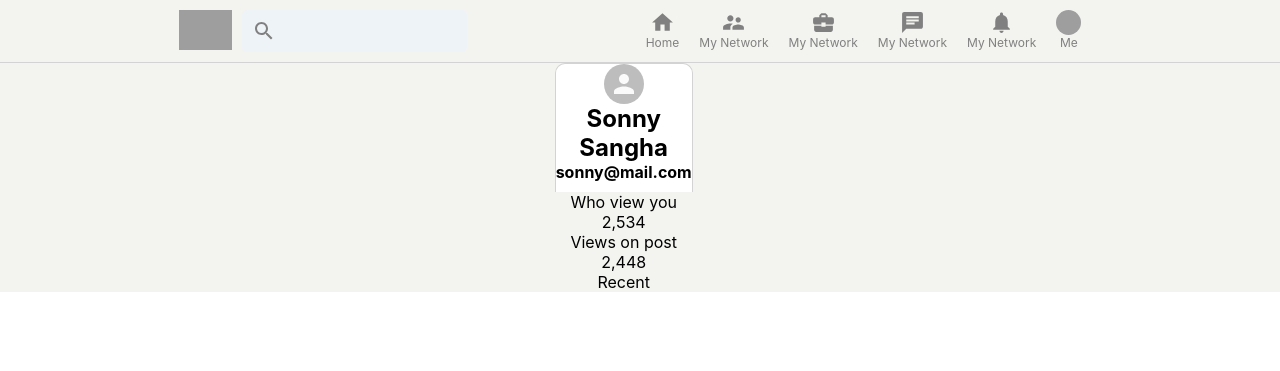
Repository: joaogamarra/linkedin-clone
Page: /
An editor plug-in stored every save of this project. The page is shown before and after the next save, followed by the edit.
The browser window is 1280 px wide. The pictures show the whole page.
Pictures or frames that could not be fetched are drawn as grey boxes. The project was rebuilt for these pictures with package versions that can differ from the ones it lists, and the page was loaded fresh each time.

Above is the page before, as saved 2021-02-18 19:44:47.

### src/index.js
import React from 'react'
import ReactDOM from 'react-dom'
import './index.css'
import App from './App'

ReactDOM.render(
	<React.StrictMode>
		<App />
	</React.StrictMode>,
	document.getElementById('root')
)

### src/index.css
* {
	margin: 0;
}

body {
	margin: 0;
	font-family: -apple-system, BlinkMacSystemFont, 'Segoe UI', 'Roboto', 'Oxygen', 'Ubuntu', 'Cantarell',
		'Fira Sans', 'Droid Sans', 'Helvetica Neue', sans-serif;
	-webkit-font-smoothing: antialiased;
	-moz-osx-font-smoothing: grayscale;
}

code {
	font-family: source-code-pro, Menlo, Monaco, Consolas, 'Courier New', monospace;
}

### src/App.js
import './App.css'
import Header from './components/header/Header'
import Sidebar from './components/sidebar/Sidebar'

function App() {
	return (
		<div className='App'>
			<Header />
			<div className='app__body'>
				<Sidebar />
			</div>
		</div>
	)
}

export default App

### src/App.css
.App {
	background-color: #f3f3ef;
	display: flex;
	flex-direction: column;
	align-items: center;
}

.app__body {
	display: flex;
}

### src/components/header/Header.js
import './Header.css'
import HeaderOption from './HeaderOption'
import SearchIcon from '@material-ui/icons/Search'
import HomeIcon from '@material-ui/icons/Home'
import SupervisorAccountIcon from '@material-ui/icons/SupervisorAccount'
import BusinessCenterIcon from '@material-ui/icons/BusinessCenter'
import ChatIcon from '@material-ui/icons/Chat'
import NotificationsIcon from '@material-ui/icons/Notifications'

const Header = () => {
	return (
		<div className='header'>
			<div className='header__left'>
				<img src='https://www.flaticon.com/svg/static/icons/svg/174/174857.svg' alt='' />

				<div className='header__search'>
					<SearchIcon />
					<input type='text' />
				</div>
			</div>
			<div className='header__right'>
				<HeaderOption Icon={HomeIcon} title='Home' />
				<HeaderOption Icon={SupervisorAccountIcon} title='My Network' />
				<HeaderOption Icon={BusinessCenterIcon} title='My Network' />
				<HeaderOption Icon={ChatIcon} title='My Network' />
				<HeaderOption Icon={NotificationsIcon} title='My Network' />
				<HeaderOption
					avatar='https://compassionate-leakey-e9b16b.netlify.app/images/IG_Sonny.jpeg'
					title='Me'
				/>
			</div>
		</div>
	)
}

export default Header

### src/components/sidebar/Sidebar.js
import './Sidebar.css'
import { Avatar } from '@material-ui/core'

const Sidebar = () => {
	return (
		<div className='sidebar'>
			<div className='sidebar__top'>
				<img src='' alt='' />
				<Avatar />
				<h2>Sonny Sangha</h2>
				<h4>sonny@mail.com</h4>
			</div>

			<div className='sidebar__stats'>
				<div className='sidebar__stat'>
					<p>Who view you</p>
					<p className='sidebar__statNumber'>2,534</p>
				</div>
				<div className='sidebar__stat'>
					<p>Views on post</p>
					<p className='sidebar__statNumber'>2,448</p>
				</div>
			</div>

			<div className='sidebar__bottom'>
				<p>Recent</p>
			</div>
		</div>
	)
}

export default Sidebar

### src/components/header/Header.css
.header {
	position: sticky;
	top: 0;
	display: flex;
	justify-content: space-evenly;
	padding: 10px 0;
	width: 100%;
	border-bottom: 0.1px solid lightgray;
	z-index: 30;
}

.header__left {
	display: flex;
}

.header__left > img {
	object-fit: contain;
	height: 40px;
	margin-right: 10px;
}

.header__search {
	padding: 10px;
	display: flex;
	align-items: center;
	border-radius: 5px;
	height: 22px;
	color: gray;
	background-color: #eef3f8;
}

.header__search > input {
	outline: none;
	border: none;
	background: none;
}

.header__right {
	display: flex;
}

### src/components/header/HeaderOption.js
import './HeaderOption.css'
import { Avatar } from '@material-ui/core'

const HeaderOption = ({ avatar, Icon, title }) => {
	return (
		<div className='headerOption'>
			{Icon && <Icon className='headerOption__icon' />}
			{avatar && <Avatar className='headerOption__icon' src={avatar} />}
			<h3 className='headerOption__title'>{title}</h3>
		</div>
	)
}

export default HeaderOption

### src/components/sidebar/Sidebar.css
.sidebar {
	position: sticky;
	flex: 0.2;
	top: 80px;
	height: fit-content;
	border-radius: 10px;
	text-align: center;
}

.sidebar__avatar {
	margin-bottom: 10px;
}

.sidebar__top {
	display: flex;
	flex-direction: column;
	align-items: center;
	border: 1px solid lightgray;
	border-bottom: 0;
	border-top-left-radius: 10px;
	border-top-right-radius: 10px;
	background-color: white;
	padding-bottom: 10px;
}

### src/components/header/HeaderOption.css
.headerOption {
	display: flex;
	flex-direction: column;
	align-items: center;
	margin-right: 20px;
	color: gray;
	cursor: pointer;
}

.headerOption:hover {
	color: black;
}

.headerOption__title {
	font-size: 12px;
	font-weight: 400;
}

.headerOption__icon {
	object-fit: contain;
	height: 25px !important;
	width: 25px !important;
}

Loaded but not shown: public/index.html (common file)

After the next save:
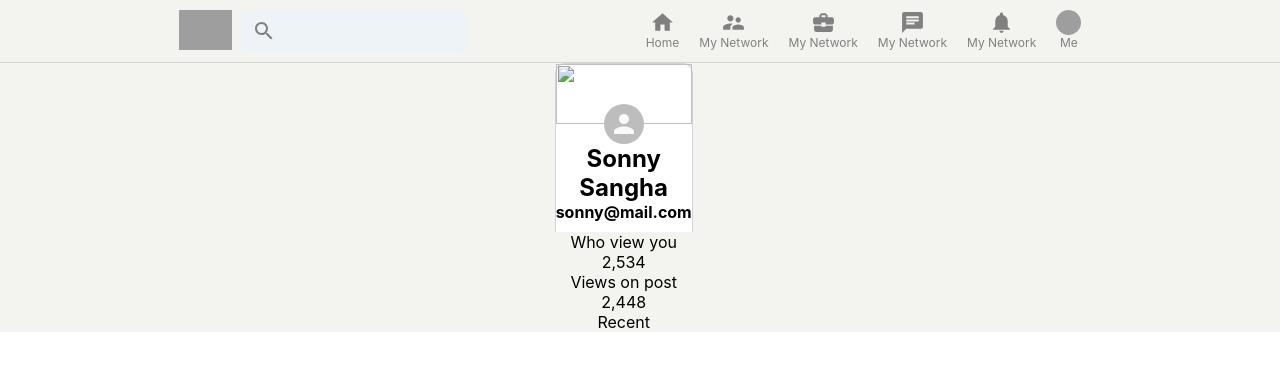
Saved 117 s later.
--- a/src/components/sidebar/Sidebar.css
+++ b/src/components/sidebar/Sidebar.css
@@ -22,3 +22,9 @@
 	background-color: white;
 	padding-bottom: 10px;
 }
+
+.sidebar__top > img {
+	margin-bottom: -20px;
+	width: 100%;
+	height: 60px;
+}
